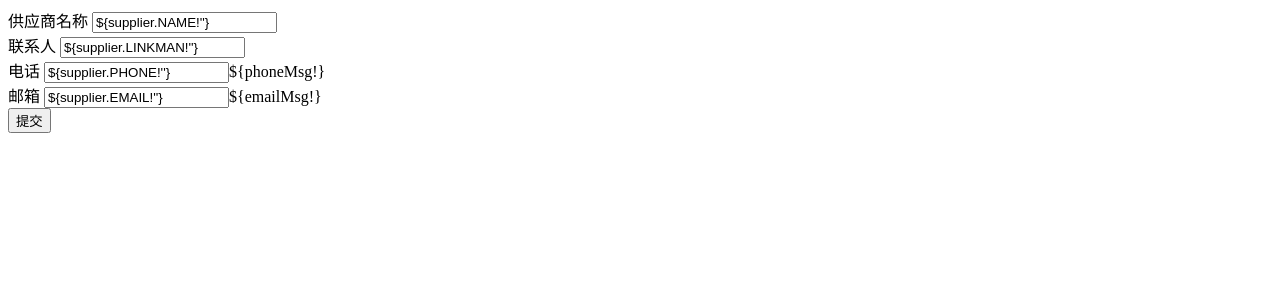
Repository: GaoChengliang/summerTask
Page: Campus_gcl/WebRoot/asset_management/supplier/_form.html
An editor plug-in stored every save of this project. The page is shown before and after the next save, followed by the edit.
The browser window is 1280 px wide. The pictures show the whole page.

Above is the page before, as saved 2015-08-14 23:48:15.

After the next save:
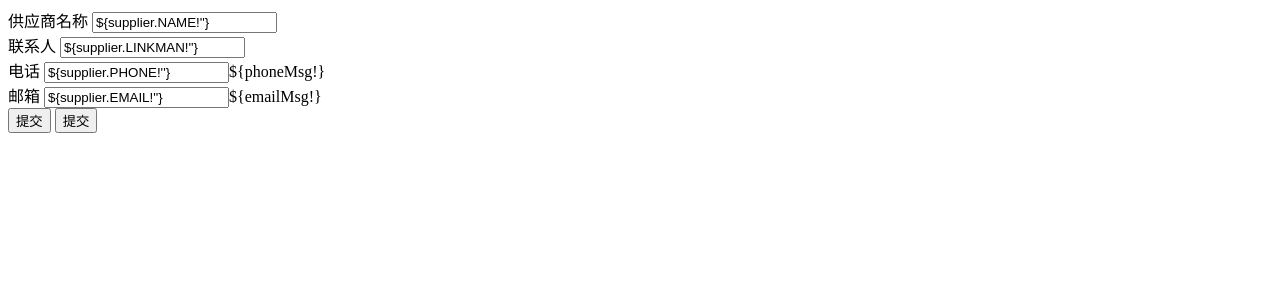
Saved 36 s later.
--- a/Campus_gcl/WebRoot/asset_management/supplier/_form.html
+++ b/Campus_gcl/WebRoot/asset_management/supplier/_form.html
@@ -21,4 +21,5 @@
     <input placeholder="输入邮箱..." class="form-control" type="text" name="supplier.EMAIL" value="${supplier.EMAIL!''}"/>${emailMsg!}
 </div>
 <button class="btn btn-info" type="submit">提交</button>
+<button class="btn btn-info" type="submit">提交</button>
 <!--</fieldset>-->
